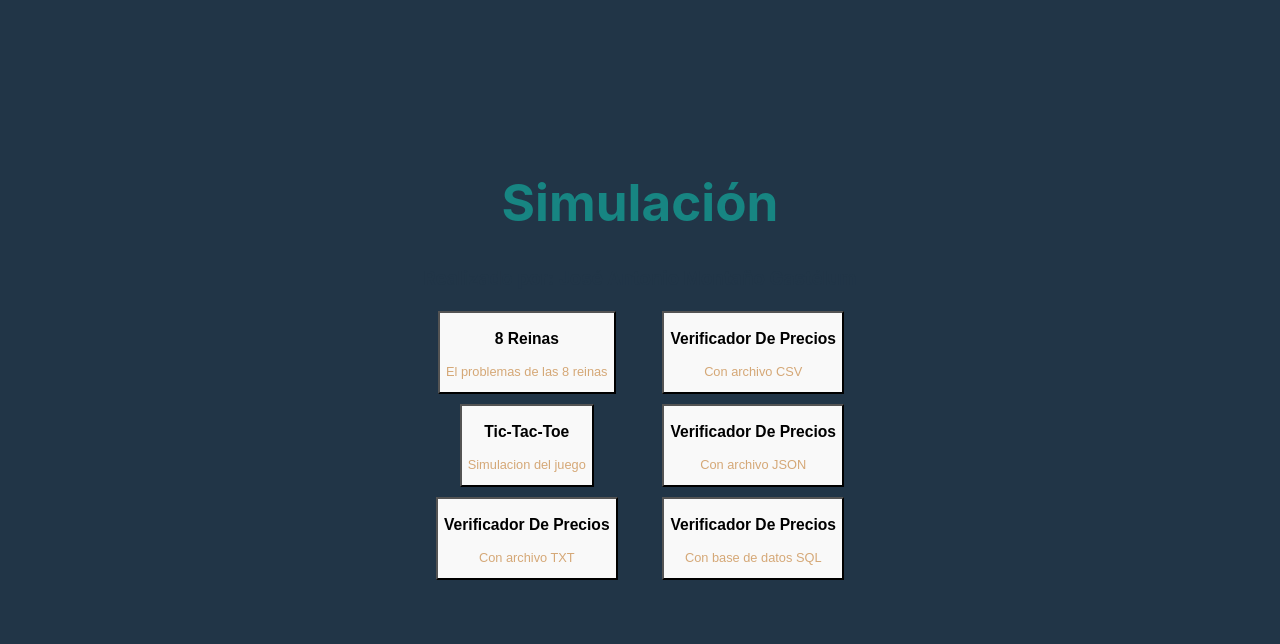
Repository: JoyMoGas/Simulacion
Page: / (app in home-page/)
An editor plug-in stored every save of this project. The page is shown before and after the next save, followed by the edit.
The browser window is 1280 px wide. The pictures show the whole page.
The project was rebuilt for these pictures with package versions that can differ from the ones it lists, and the page was loaded fresh each time. Also part of the build but not shown: home-page/vite.config.js.

Above is the page before, as saved 2025-04-29 21:41:07.

After the next save:
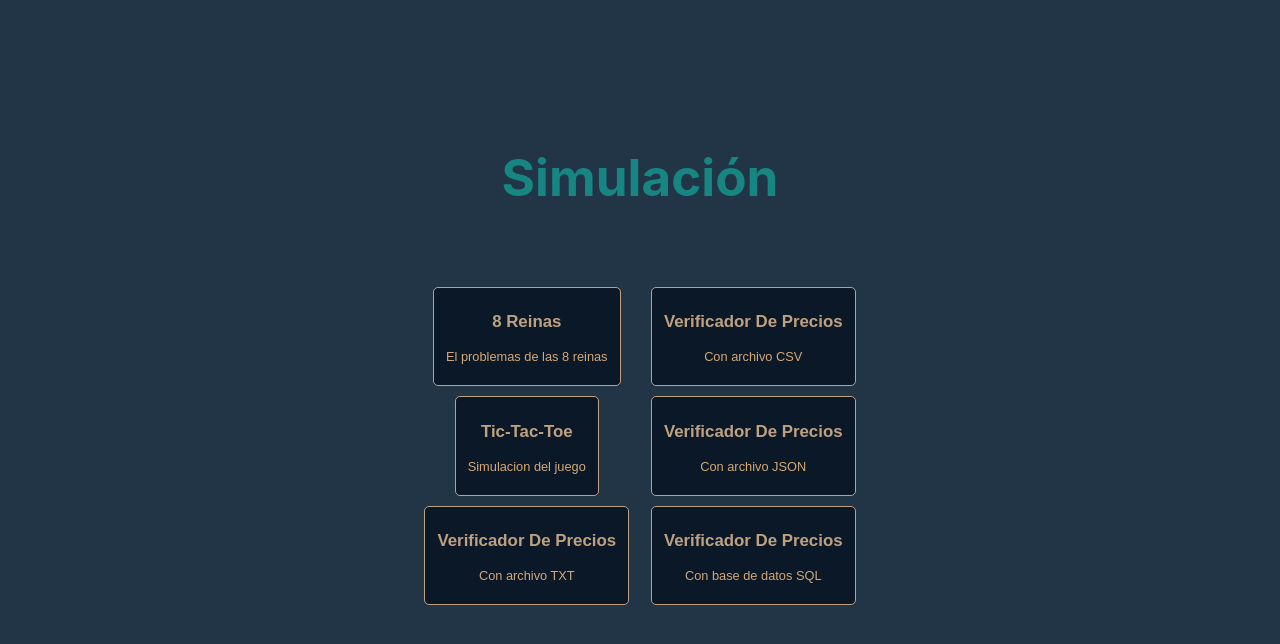
Saved 6 min 40 s later.
--- a/home-page/src/App.css
+++ b/home-page/src/App.css
@@ -5,17 +5,7 @@
   text-align: center;
 }
 
-.floating-buttons {
-  position: fixed;
-  bottom: 20px;
-  right: 20px;
-  display: flex;
-  flex-direction: column;
-  gap: 10px;
-  z-index: 999;
-}
-
-.floating-buttons .btn-pj {
+.btn-pj {
   background-color: #0A1828;
   color: #BFA181;
   border: 1px solid #BFA181;
@@ -26,33 +16,7 @@
   transition: background-color 0.2s;
 }
 
-.floating-buttons .btn-pj:hover {
-  background-color: #bfa1815a;
-  border-color: #f4ab5e;
-}
-
-.floating-buttons-right {
-  position: fixed;
-  top: 20px;
-  left: 20px;
-  display: flex;
-  flex-direction: column;
-  gap: 10px;
-  z-index: 999;
-}
-
-.floating-buttons-right .btn-pj-right {
-  background-color: #0A1828;
-  color: #BFA181;
-  border: 1px solid #BFA181;
-  padding: 8px 12px;
-  font-size: 0.9rem;
-  border-radius: 5px;
-  cursor: pointer;
-  transition: background-color 0.2s;
-}
-
-.floating-buttons-right .btn-pj-right:hover {
+.btn-pj:hover {
   background-color: #bfa1815a;
   border-color: #f4ab5e;
 }
